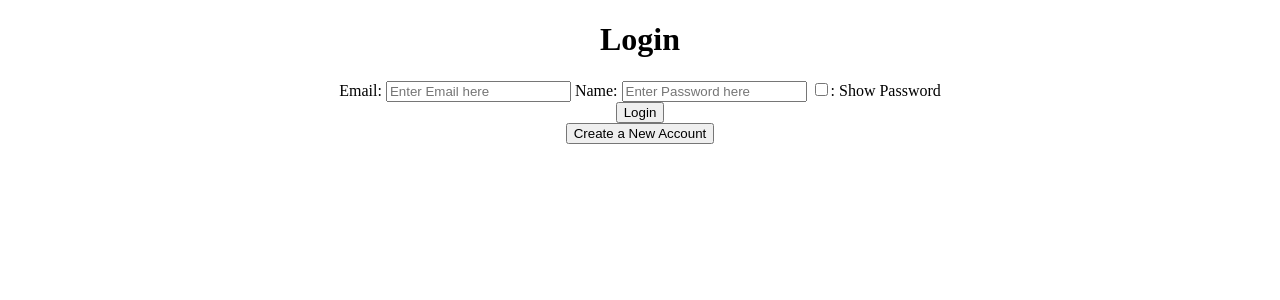
Repository: amila1998/OOP-Group-Assignment-1st-Year-2nd-Semester
Page: http://localhost/OMT/forgetpassword.jsp
These files come from the project's save history. The page is drawn as it stood at one moment and after the next save; the edit follows.
The browser window is 1280 px wide. The pictures show the whole page.
The page is served by Tomcat 9. Nobody is signed in. The application's start-up code is not run.

Above is the page before, as saved 2021-05-23 12:46:54.

After the next save:
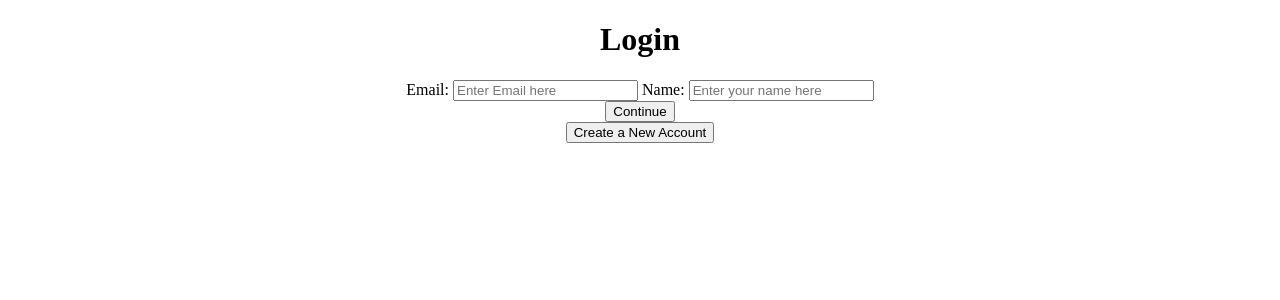
Saved 2 min 40 s later.
--- a/OMT/WebContent/forgetpassword.jsp
+++ b/OMT/WebContent/forgetpassword.jsp
@@ -12,7 +12,7 @@
 
 	<div id="formStyle3">
 
-		<form action="login" method="POST" >
+		<form action="resetpassword" method="POST" >
 			<div class="col-50">
 				<div  class="Plogo1">
 
@@ -22,24 +22,13 @@
 					<label for="email">Email:</label>
 					<input type="email" name="uemail" placeholder="Enter Email here " required>
 					<label for="name">Name:</label>
-					<input type="text" id="pwd" name="upassword" placeholder="Enter Password here" required>
-					<input type="checkbox" onclick="visiblepass()">:  Show Password
+					<input type="text"  name="name" placeholder="Enter your name here" required>
 
-				<script>
-				function visiblepass() {
-				  var x = document.getElementById("pwd");
-				  if (x.type === "password") {
-				    x.type = "text";
-				  } else {
-				    x.type = "password";
-				  }
-				}
-				</script>
 				</div>
 
 				<div class="row">
 					<div class="col-50">
-						<button value="submit" id="login" type="submit" class="Btn3">Login</button>
+						<button value="submit" id="continue" type="submit" class="Btn3">Continue</button>
 					</div>
 				</div>
 				<div class="row">
